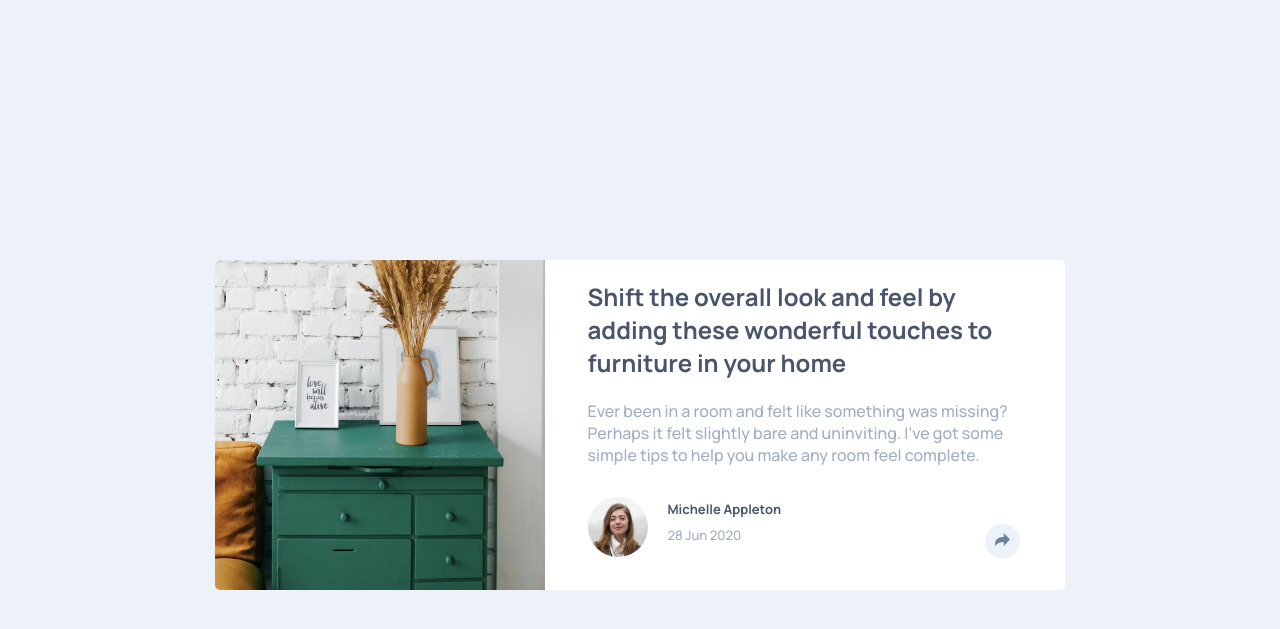
Repository: ricky603/training-css
Page: article-preview-component-master/index.html
An editor plug-in stored every save of this project. The page is shown before and after a run of saves, followed by the edit.
The browser window is 1280 px wide. The pictures show the whole page.
After loading, the first visible `div.share` was clicked once.

Above is the page before, as saved 2020-09-09 11:12:32.

After the next 2 saves:
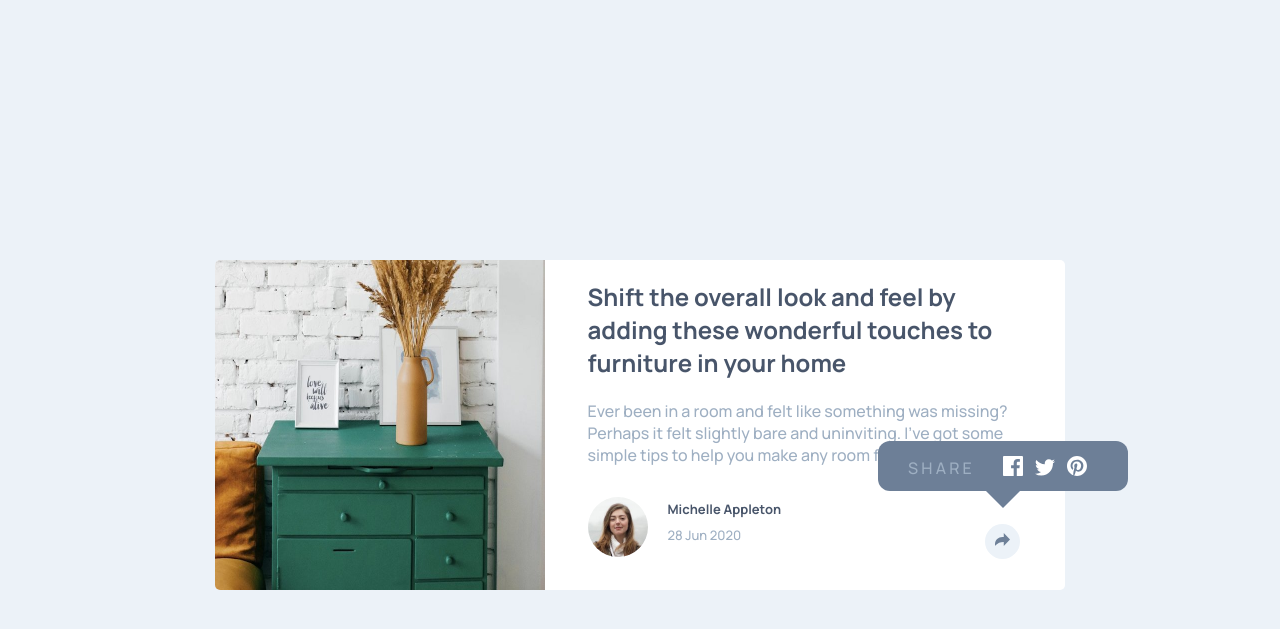
The 2 saves are shown as one change because they came seconds apart.
The last was saved 46 s later.
--- a/article-preview-component-master/index.js
+++ b/article-preview-component-master/index.js
@@ -2,7 +2,11 @@ var click = false
 
 $('div.share').click(function() {
     if (click == false) {
-
+        click = true
+        addHtml()
+    } else {
+        click = false
+        removeHtml()
     }
 })
 
